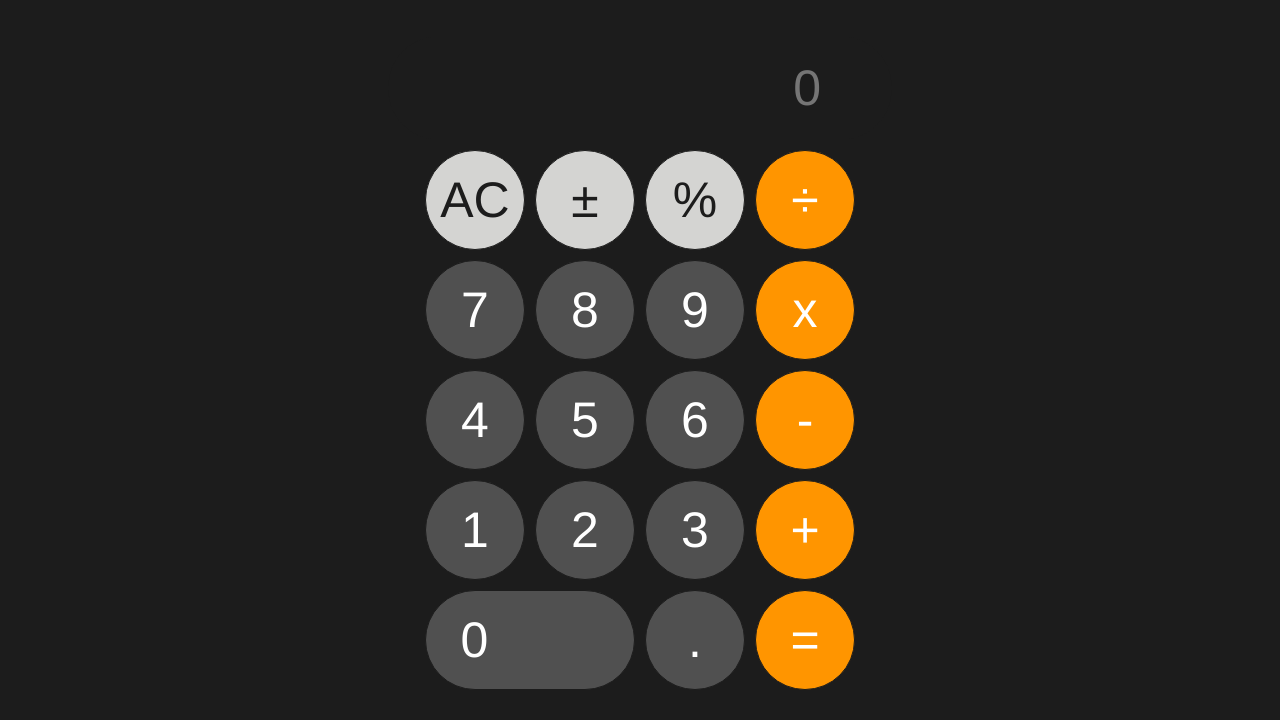
Repository: robbymcd/Calculator
Page: index.html
These files come from the project's save history. The page is drawn as it stood at one moment and after the next save; the edit follows.
The browser window is 1280 px wide. The pictures show the whole page.

Above is the page before, as saved 2023-01-06 14:32:54.

After the next save:
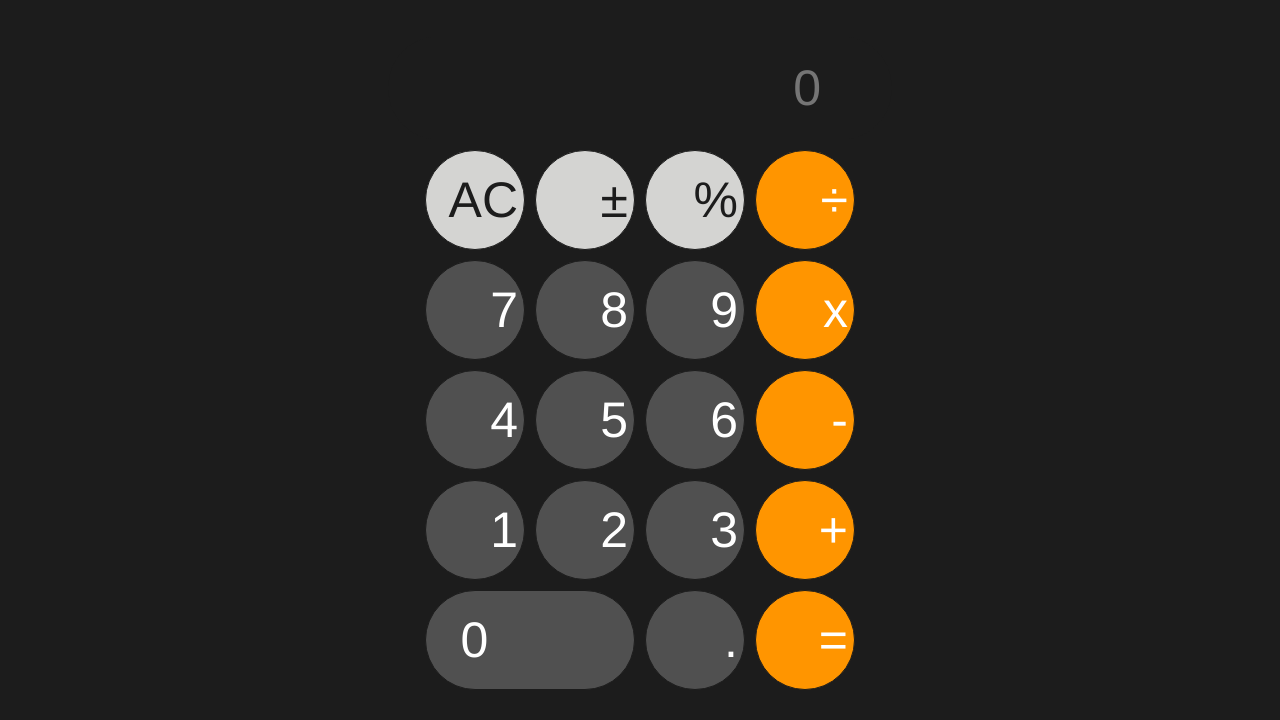
Saved 2 h 53 min later.
--- a/styles.css
+++ b/styles.css
@@ -61,6 +61,7 @@
     cursor: pointer;
     font-family: Helvetica, sans-serif;
     font-weight: lighter;
+    text-align: end;
 }
 
 button:hover {

After the save that followed:
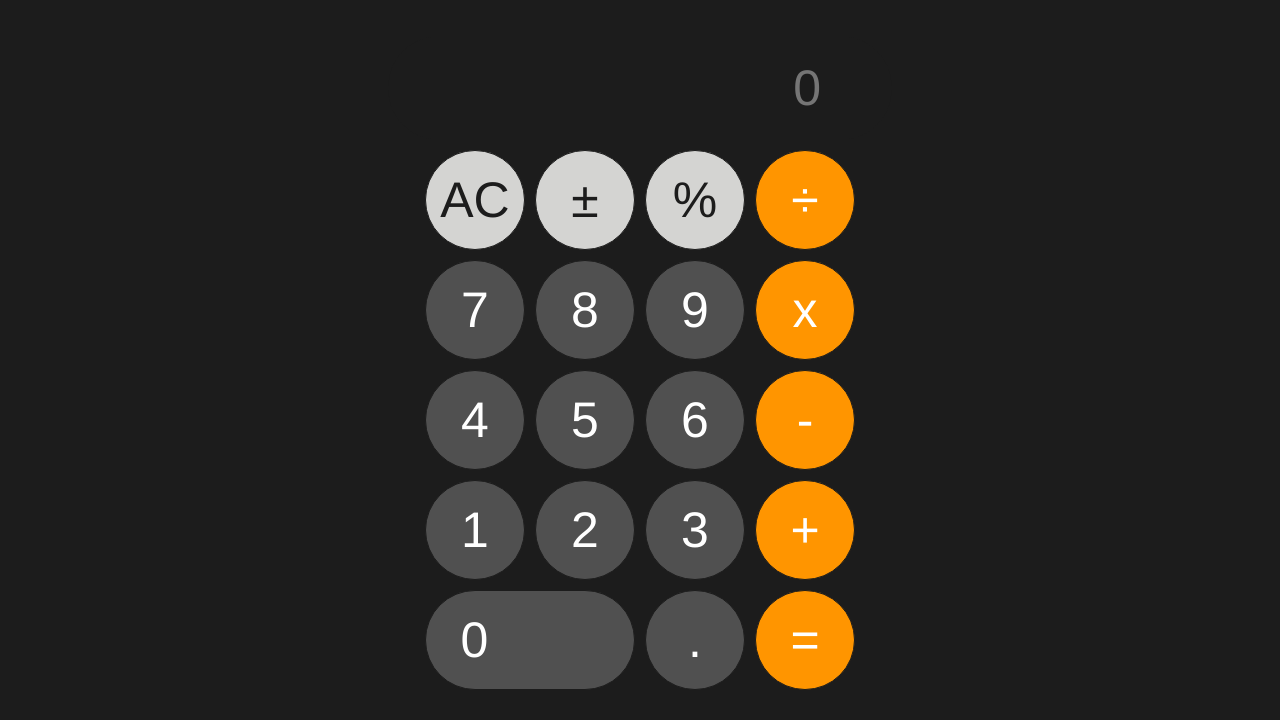
Saved 10 s later.
--- a/styles.css
+++ b/styles.css
@@ -61,7 +61,7 @@
     cursor: pointer;
     font-family: Helvetica, sans-serif;
     font-weight: lighter;
-    text-align: end;
+    text-align: center;
 }
 
 button:hover {
